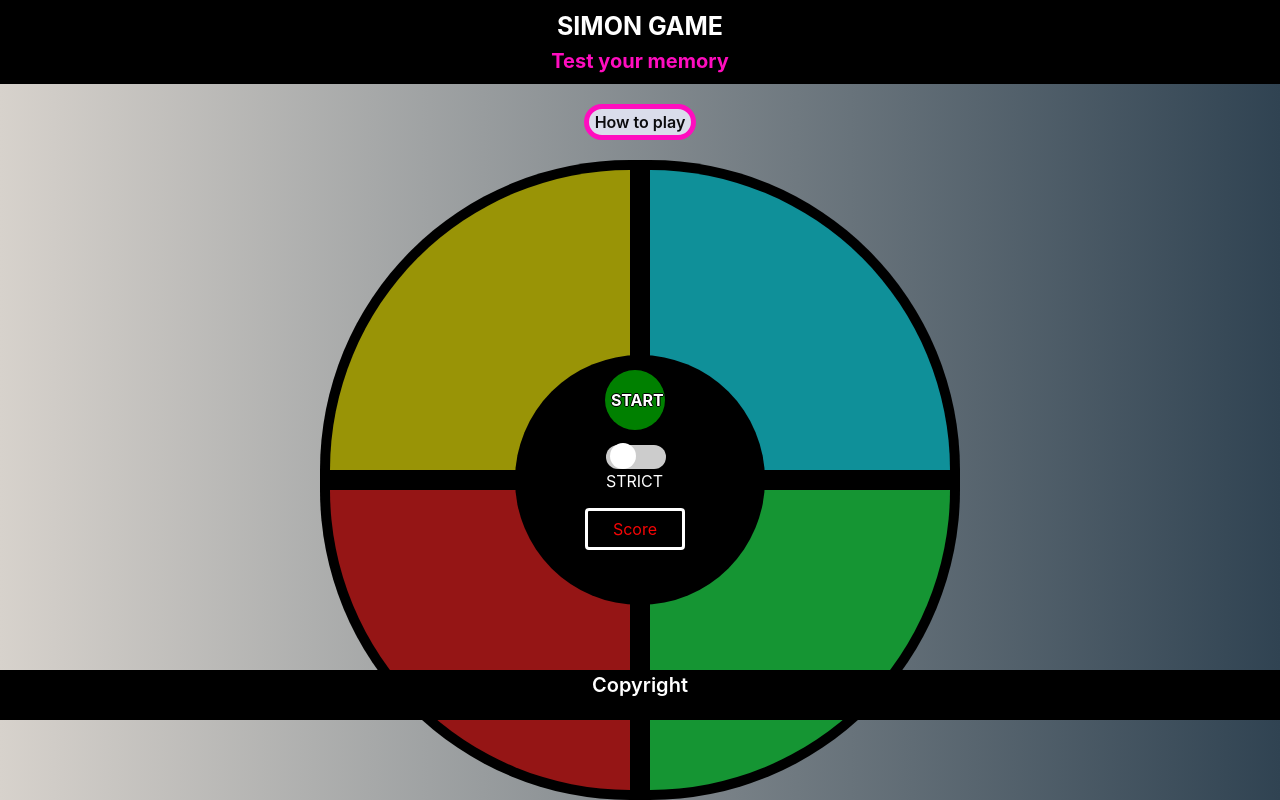
Repository: murphya14/Simon-game
Page: index.html
The author's editor kept a record of every edit. The page is drawn from the files as they stood at one moment, then again after the next edit.
The browser window is 1280 px wide. The pictures show the whole page.

Above is the page before.
Console error: SyntaxError: Unexpected end of input

After the next edit:
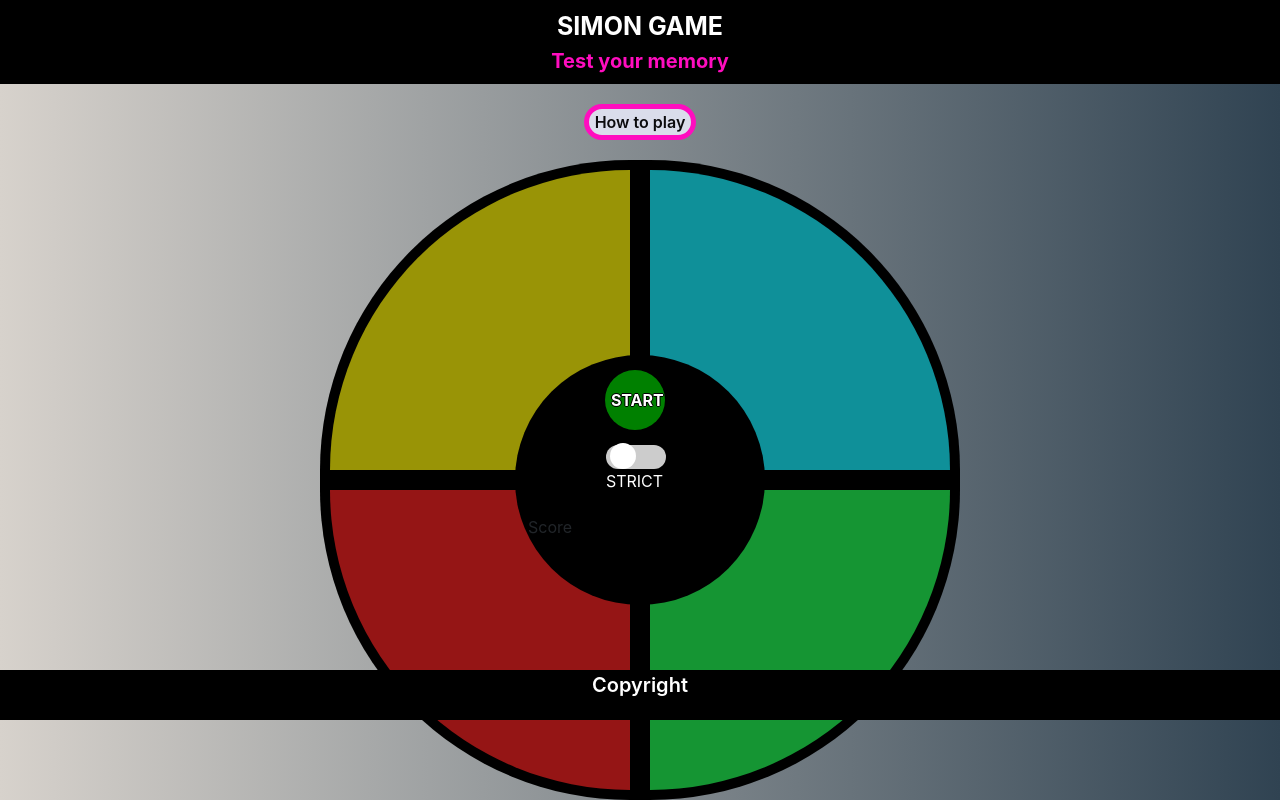
The edit:
--- a/index.html
+++ b/index.html
@@ -100,7 +100,7 @@
 
                     </div>
 
-                    <button class="btn" type="button" id="counter" onclick="counter()">Score</button>
+                    <button class="btn" type="button" id="counter turn" onclick="counter()">Score</button>
 
                     </div>
 
